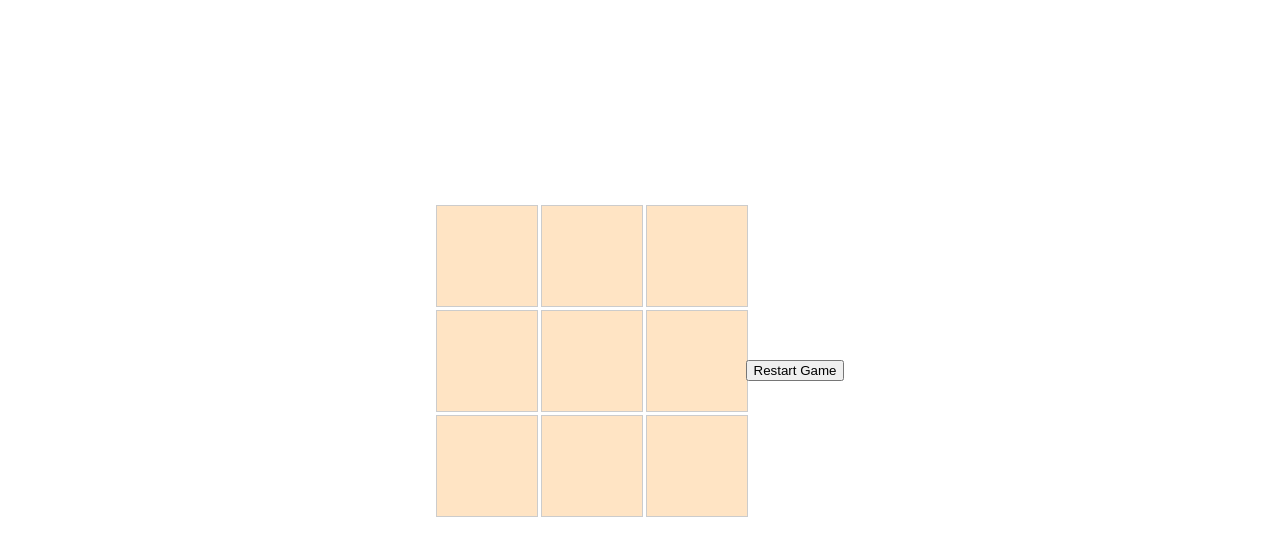
Repository: Suonii/Mo
Page: index.html
The author's editor kept a copy of each file at every save. The page is drawn from the files as they stood at one save, then again after the next save.
The browser window is 1280 px wide. The pictures show the whole page.

Above is the page before, as saved 2024-07-27 16:07:59.

### index.html
<!DOCTYPE html>
<html lang="en">

<Head>
    <meta charset="UTF-8">
    <meta name="viewport" content="width=device-width, initial-scale=1.0">
    <title>Tic-Tac-Toe</title>
    <link rel="stylesheet" href="style.css">
</Head>
<body>
    <div id="game-board">
        <div class="cell" data-index="0"></div>
        <div class="cell" data-index="1"></div>
        <div class="cell" data-index="2"></div>
        <div class="cell" data-index="3"></div>
        <div class="cell" data-index="4"></div>
        <div class="cell" data-index="5"></div>
        <div class="cell" data-index="6"></div>
        <div class="cell" data-index="7"></div>
        <div class="cell" data-index="8"></div>
    </div>
    <button id="restart-btn">Restart Game</button>
    <script src="script.js"></script>
</body>
</html>

### style.css
body {
    display: flex;
    justify-content: center;
    align-items: center;
    height:100vh;
    margin:0;
    font-family: Arial, Helvetica, sans-serif;
}

#game-board {
    display: grid;
    grid-template-columns: repeat(3, 100px);
    grid-template-rows: repeat(3, 100px);
    gap: 5px;
}

.cell {
    width: 100px;
    height:100px;
    background-color:bisque;
    display: flex;
    align-items: center;
    justify-content: center;
    font-size: 2em;
    cursor: pointer;
    border: 1px solid #ccc;
}

.cell:hover {
    background-color:blanchedalmond;
}

#restart-btn {
    margin-top:20px;
}

### script.js
const cells = document.querySelectorAll('.cell');
const restartBtn = document.getElementById('restart-btn');
let currentPlayer = 'X';
let board = ['', '', '', '', '', '', '', '', ''];
let isGameActive = true;

function checkWinner() {
    const winPatterns = [
        [0, 1, 2],
        [3, 4, 5],
        [6, 7, 8],
        [0, 3, 6],
        [1, 4, 7],
        [2, 5, 8],
        [0, 4, 8],
        [2, 4, 6]
    ];

    for (const [a, b, c] of winPatterns) {
        if (board[a] && board[a] === board[b] && board[a] === board[c]) {
            return board[a];
        }
    }
    return board.includes('') ? null : 'T'; // T for Tie
}

function handleClick(e) {
    const index = e.target.getAttribute('data-index');
    if (board[index] || !isGameActive) return;

    board[index] = currentPlayer;
    e.target.textContent = currentPlayer;

    const winner = checkWinner();
    if (winner) {
        isGameActive = false;
        setTimeout(() => {
            if (winner === 'T') {
                alert("It's a tie!");
            } else {
                alert(`${winner} wins!`);
            }
        }, 100);
    } else {
        currentPlayer = currentPlayer === 'X' ? 'O' : 'X';
    }
}

function restartGame() {
    board = ['', '', '', '', '', '', '', '', ''];
    isGameActive = true;
    currentPlayer = 'X';
    cells.forEach(cell => cell.textContent = '');
}

cells.forEach(cell => cell.addEventListener('click', handleClick));
restartBtn.addEventListener('click', restartGame);

After the next save:
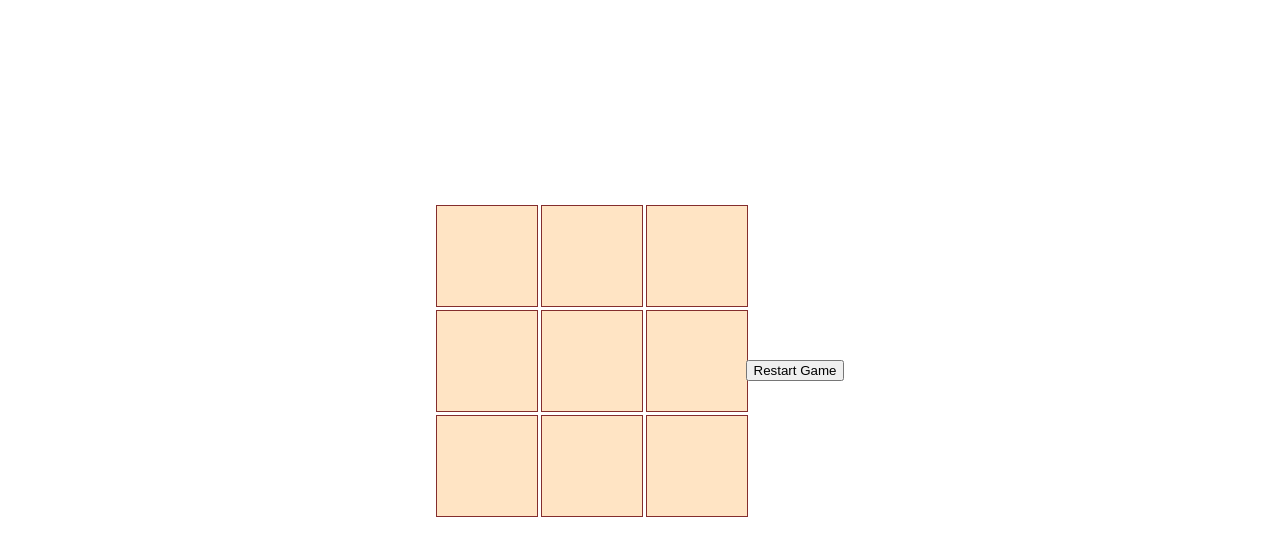
Saved 38 s later.
--- a/style.css
+++ b/style.css
@@ -23,7 +23,7 @@ body {
     justify-content: center;
     font-size: 2em;
     cursor: pointer;
-    border: 1px solid #ccc;
+    border: 1px solid #842d2d;
 }
 
 .cell:hover {
